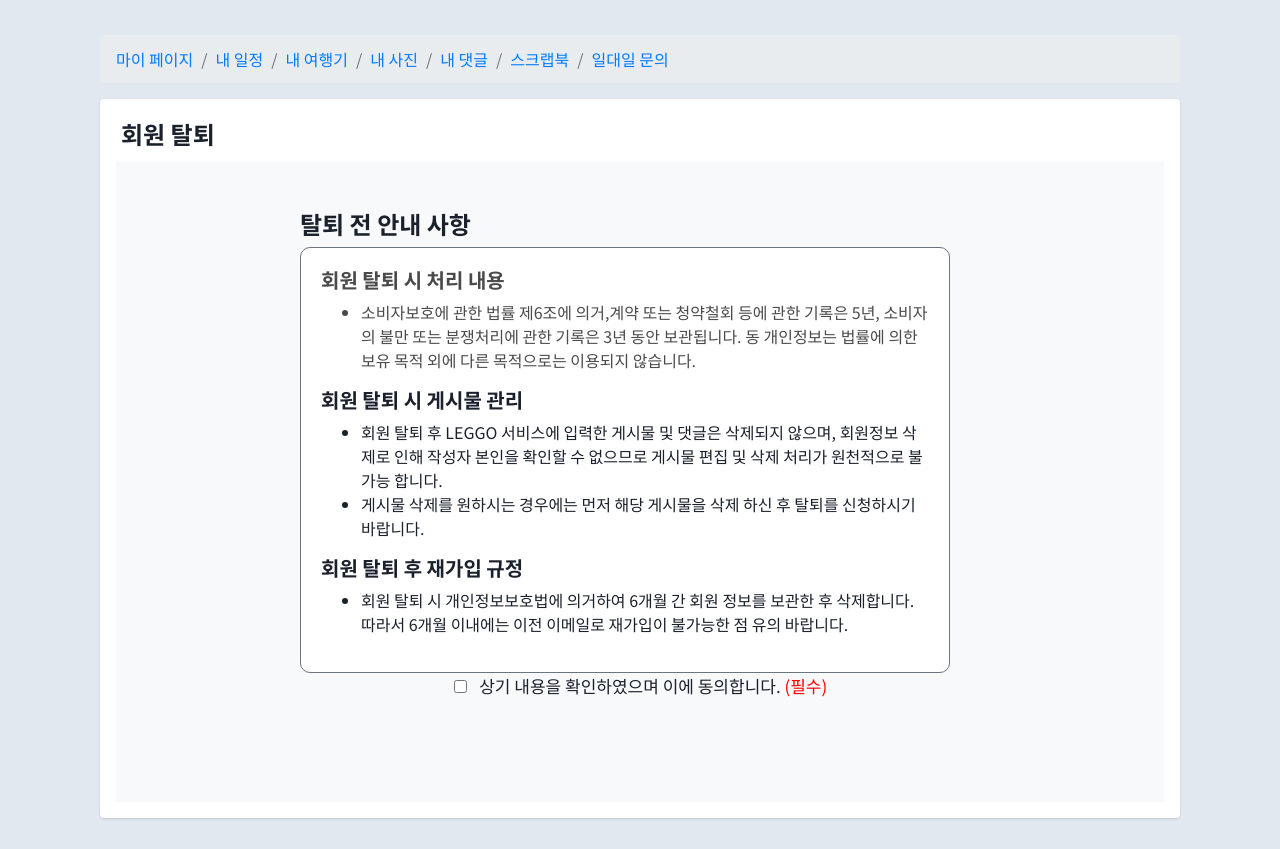
Repository: jangseohyun/LEGGO_2021
Page: http://localhost/PrjApp/Quit.jsp
The author's editor kept a copy of each file at every save. The page is drawn from the files as they stood at one save, then again after the next save.
The browser window is 1280 px wide. The pictures show the whole page.
Some web libraries are served in a nearby version. The page is served by Tomcat 9. Other server files are loaded and not shown.

Above is the page before, as saved 2021-06-30 14:30:22.

### PrjApp/WebContent/Quit.jsp
<%@ page contentType="text/html; charset=UTF-8"%>
<%@ taglib prefix="c" uri="http://java.sun.com/jsp/jstl/core"%>
<%
	request.setCharacterEncoding("UTF-8");
String cp = request.getContextPath();
%>
<!DOCTYPE html>
<head>
<meta charset="utf-8">
<!--  This file has been downloaded from bootdey.com @bootdey on twitter -->
<!--  All snippets are MIT license http://bootdey.com/license -->
<title>Quit.jsp</title>
<meta name="viewport" content="width=device-width, initial-scale=1">
<script src="https://code.jquery.com/jquery-1.10.2.min.js"></script>
<link
	href="https://cdn.jsdelivr.net/npm/bootstrap@4.4.1/dist/css/bootstrap.min.css"
	rel="stylesheet">
<script
	src="https://cdn.jsdelivr.net/npm/bootstrap@4.4.1/dist/js/bootstrap.bundle.min.js"></script>
<link rel="preconnect" href="https://fonts.googleapis.com">
<link rel="preconnect" href="https://fonts.gstatic.com" crossorigin>
<link
	href="https://fonts.googleapis.com/css2?family=Noto+Sans+KR:wght@400;700&display=swap"
	rel="stylesheet">
</head>
<body>
	<div class="container">
		<div class="main-body">

			<!-- 상단 메뉴 -->
			<nav aria-label="breadcrumb" class="main-breadcrumb">
				<ol class="breadcrumb">
					<li class="breadcrumb-item" aria-current="page"><a
						href="/PrjApp/Profile.jsp">마이 페이지</a></li>
					<li class="breadcrumb-item"><a href="/PrjApp/MyPlan.jsp">내
							일정</a></li>
					<li class="breadcrumb-item"><a href="">내 여행기</a></li>
					<li class="breadcrumb-item"><a href="">내 사진</a></li>
					<li class="breadcrumb-item"><a href="">내 댓글</a></li>
					<li class="breadcrumb-item"><a href="">스크랩북</a></li>
					<li class="breadcrumb-item"><a href="">일대일 문의</a></li>
				</ol>
			</nav>

			<!-- 회원 탈퇴 -->
			<div class="card mb-3">
				<div class="card-body">
					<h4 style="display: inline-block; font-weight: bold; padding: 5px;">회원
						탈퇴</h4>
					<div class="album py-5 bg-light">
						<div class="container row justify-content-center">
						<div class="quit_box">
						<h4 style="clear: right; font-weight: bold;">탈퇴 전 안내 사항</h4>
							</div>
							<span class="border border-secondary"
								style="padding: 20px; width: 650px; background-color: white; border-radius: 10px;">
								<h5 style="font-weight: bold; color: #4a4a4a;">회원 탈퇴 시 처리 내용</h5>
								<ul>
									<li style="color: #4a4a4a;">소비자보호에 관한 법률 제6조에 의거,계약 또는 청약철회 등에 관한 기록은 5년, 소비자의 불만
										또는 분쟁처리에 관한 기록은 3년 동안 보관됩니다. 동 개인정보는 법률에 의한 보유 목적 외에 다른 목적으로는
										이용되지 않습니다.</li>
								</ul>
								<h5 style="font-weight: bold;">회원 탈퇴 시 게시물 관리</h5>
								<ul>
									<li>회원 탈퇴 후 LEGGO 서비스에 입력한 게시물 및 댓글은 삭제되지 않으며, 회원정보 삭제로 인해
										작성자 본인을 확인할 수 없으므로 게시물 편집 및 삭제 처리가 원천적으로 불가능 합니다.</li>
									<li>게시물 삭제를 원하시는 경우에는 먼저 해당 게시물을 삭제 하신 후 탈퇴를 신청하시기 바랍니다.</li>
								</ul>
								<h5 style="font-weight: bold;">회원 탈퇴 후 재가입 규정</h5>
								<ul>
									<li>회원 탈퇴 시 개인정보보호법에 의거하여 6개월 간 회원 정보를 보관한 후 삭제합니다. 따라서
										6개월 이내에는 이전 이메일로 재가입이 불가능한 점 유의 바랍니다.</li>
								</ul>
							</span>
						</div>
						<div class="text-center">
							<label style="font-size: 17px;"> <input type="checkbox"
								id="agreecheck" style="width: 15px; height: 13px;"
								value="agreed">&nbsp;&nbsp; 상기 내용을 확인하였으며 이에 동의합니다. <span
								style="color: red;">(필수)</span></label>
						</div><br><br>
					</div>
				</div>
			</div>
		</div>
	</div>

<style type="text/css">

body {
	margin-top: 20px;
	color: #1a202c;
	text-align: left;
	background-color: #e2e8f0;
	font-family: 'Noto Sans KR', sans-serif;
}

.quit_box {
	width: 650px;
}

.main-body {
	padding: 15px;
}

.card {
	box-shadow: 0 1px 3px 0 rgba(0, 0, 0, .1), 0 1px 2px 0
		rgba(0, 0, 0, .06);
}

.card {
	position: relative;
	display: flex;
	flex-direction: column;
	min-width: 0;
	word-wrap: break-word;
	background-color: #fff;
	background-clip: border-box;
	border: 0 solid rgba(0, 0, 0, .125);
	border-radius: .25rem;
}

.card-body {
	flex: 1 1 auto;
	min-height: 1px;
	padding: 1rem;
}

.gutters-sm {
	margin-right: -8px;
	margin-left: -8px;
}

.gutters-sm>.col, .gutters-sm>[class*=col-] {
	padding-right: 8px;
	padding-left: 8px;
}

.mb-3, .my-3 {
	margin-bottom: 1rem !important;
}

.bg-gray-300 {
	background-color: #e2e8f0;
}

.h-100 {
	height: 100% !important;
}

.shadow-none {
	box-shadow: none !important;
}

.w-90 {
	width: 90% !important;
}
</style>
</body>
</html>

After the next save:
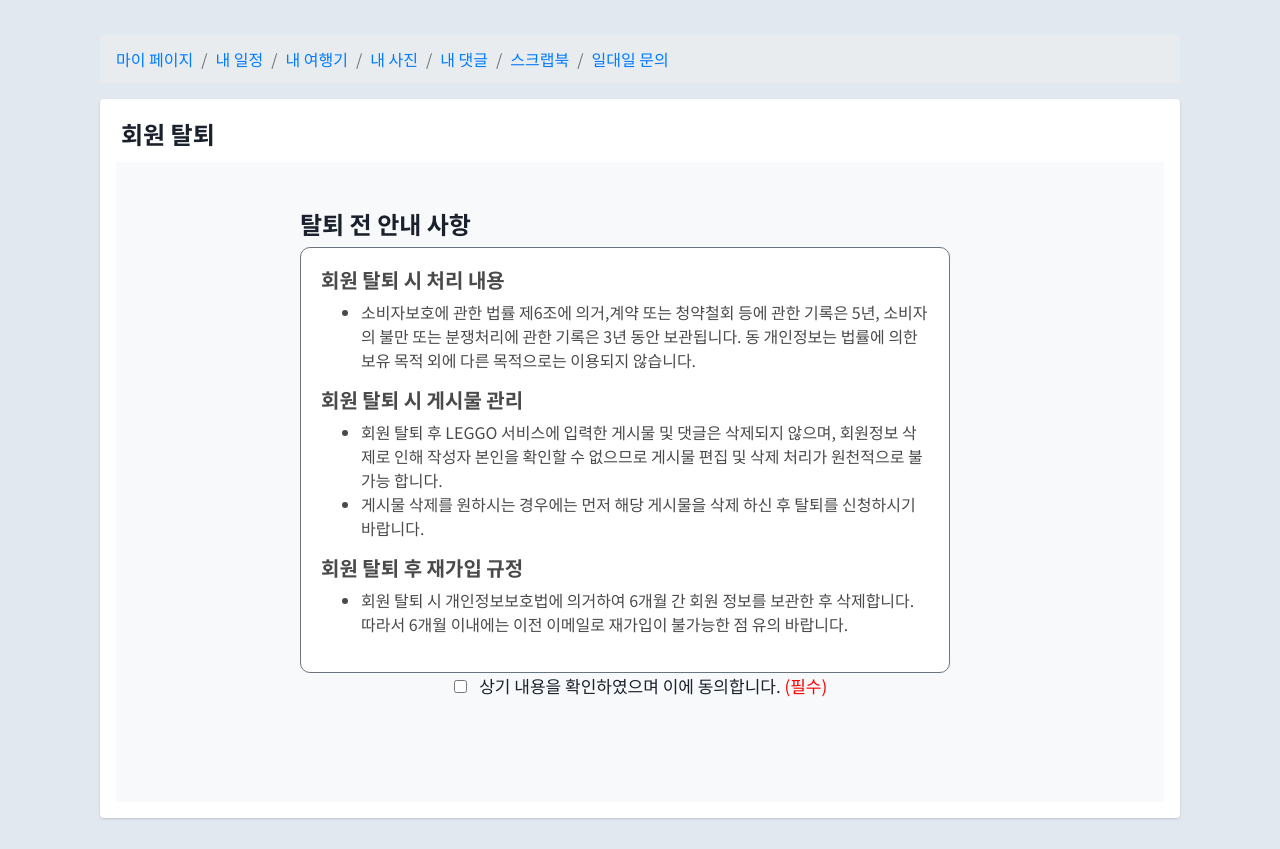
Saved 40 s later.
--- a/PrjApp/WebContent/Quit.jsp
+++ b/PrjApp/WebContent/Quit.jsp
@@ -54,9 +54,9 @@ String cp = request.getContextPath();
 							</div>
 							<span class="border border-secondary"
 								style="padding: 20px; width: 650px; background-color: white; border-radius: 10px;">
-								<h5 style="font-weight: bold; color: #4a4a4a;">회원 탈퇴 시 처리 내용</h5>
+								<h5 style="font-weight: bold;">회원 탈퇴 시 처리 내용</h5>
 								<ul>
-									<li style="color: #4a4a4a;">소비자보호에 관한 법률 제6조에 의거,계약 또는 청약철회 등에 관한 기록은 5년, 소비자의 불만
+									<li>소비자보호에 관한 법률 제6조에 의거,계약 또는 청약철회 등에 관한 기록은 5년, 소비자의 불만
 										또는 분쟁처리에 관한 기록은 3년 동안 보관됩니다. 동 개인정보는 법률에 의한 보유 목적 외에 다른 목적으로는
 										이용되지 않습니다.</li>
 								</ul>
@@ -97,6 +97,10 @@ body {
 
 .quit_box {
 	width: 650px;
+}
+
+.border {
+	color: #4a4a4a;
 }
 
 .main-body {
